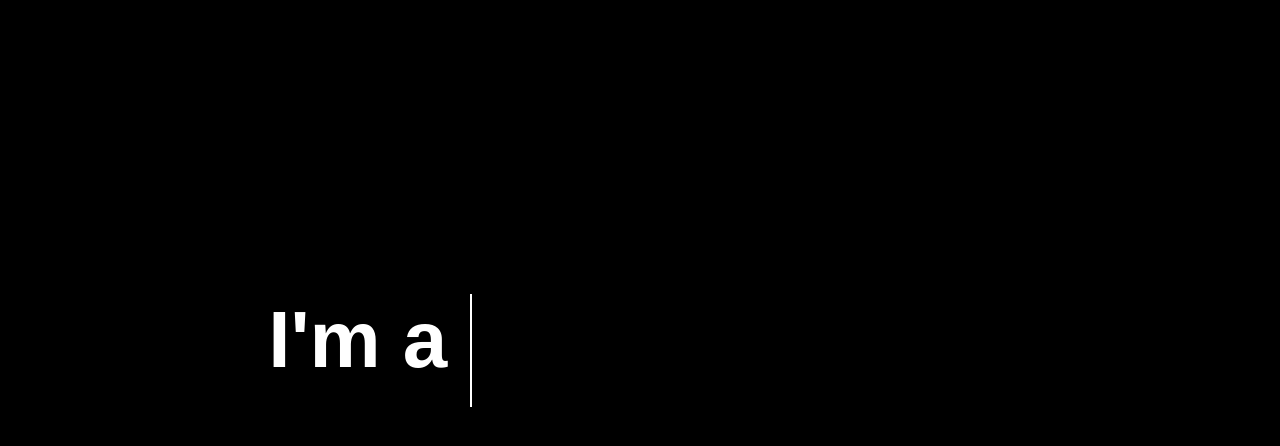
Repository: DevMike1993/Animations_HTML_CSS_JAVASCRIPT
Page: xx_Type_Text_Animation/index.html
The author's editor kept a copy of each file at every save. The page is drawn from the files as they stood at one save, then again after the next save.
The browser window is 1280 px wide. The pictures show the whole page.

Above is the page before, as saved 2023-12-03 15:44:56.

### xx_Type_Text_Animation/index.html
<!DOCTYPE html>
<html lang="en">
<head>
    <meta charset="UTF-8">
    <meta name="viewport" content="width=device-width, initial-scale=1.0">
    <link rel="stylesheet" href="style.css">
    <title>Type Text Animation</title>
</head>
<body>
    <div= class="text-box">
        <div class="fixed-text">I'm a</div>
        <div class="animated-text">
            <div>
                <span>Photographer.</span>
                <span>Programmer.</span>
                <span>Designer.</span>
            </div>
        </div>
    </div>
</body>
</html>

### xx_Type_Text_Animation/style.css
*,*:after,*:before{
    -webkit-box-sizing: border-box;
    -moz-box-sizing: border-box;
    -ms-box-sizing: border-box;
    box-sizing: border-box;
}

body {
    font-family: "Montserrat", sans-serif;
    font-size: 18px;
    margin: 0;
    background: #000;
    color: rgb(11, 139, 243);
    display: flex;
    align-items: center;
    font-size-adjust: center;
    justify-content: space-around;
    min-height: 100vh;
}

.text-box {
    font-size: 80px;
    font-weight: 900;
    text-align: center;
    width: 100%;
}

.fixed-text {
    display: inline-block;
    color: #fff;
    vertical-align: top;
}

.animated-text {
    display: inline-block;
    height: 113px;
    overflow: hidden;
}

.animated-text div{
    animation: 9s wordChange;
    animation-iteration-count: infinite;
    animation-timing-function: steps(1);
}

.animated-text span {
    position: relative;
    color: rgb(11, 139, 243);
    display: block;
    text-align: left;
}

.animated-text span:after {
    content: "";
    position: absolute;
    left: 0;
    height: 100%;
    border-left: 2px solid white;
    right: -2px;
    background-color: #000;
    animation: 3s textType;
    animation-iteration-count: infinite;
    animation-timing-function: steps(14);
    animation-fill-mode: backwards;
    /* animation: cursor-blink 1.5s steps(2) infinite;
}
@keyframes textType {
    0%{
        left: 0%;
    }
    50%{
        left: 100%;
    }
    100%{
        left: 0%;
    }
}

@keyframes wordChange {
    0%{
        margin-top: 0;
    }
    33.333%{
        margin-top: -113px;
    }
    66.666%{
        margin-top: -226px;
    }
    100%{
        margin-top: 0;
    }
}

After the next save:
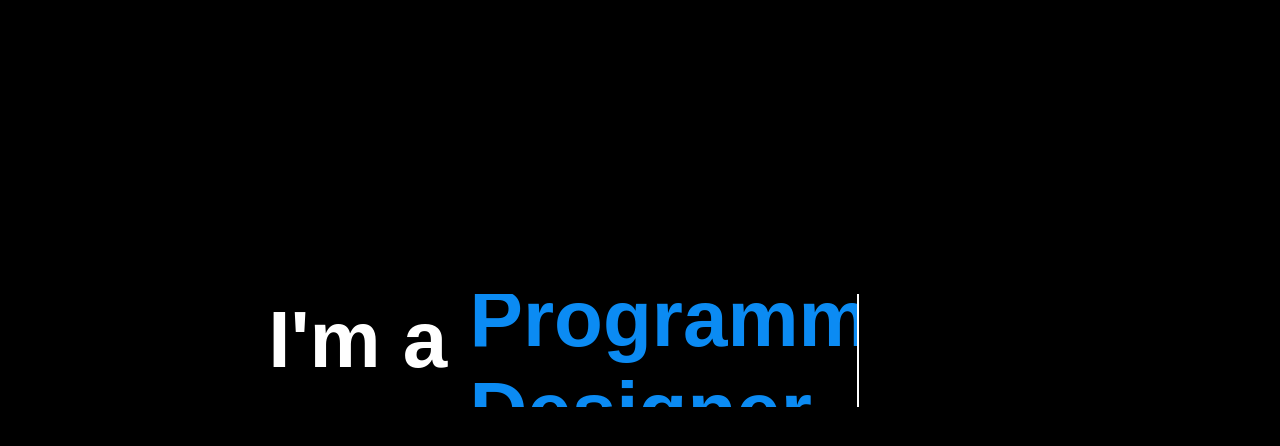
Saved 3 s later.
--- a/xx_Type_Text_Animation/style.css
+++ b/xx_Type_Text_Animation/style.css
@@ -62,7 +62,7 @@ body {
     animation-iteration-count: infinite;
     animation-timing-function: steps(14);
     animation-fill-mode: backwards;
-    /* animation: cursor-blink 1.5s steps(2) infinite;
+    /* /* animation: cursor-blink 1.5s steps(2) infinite; */
 }
 @keyframes textType {
     0%{
